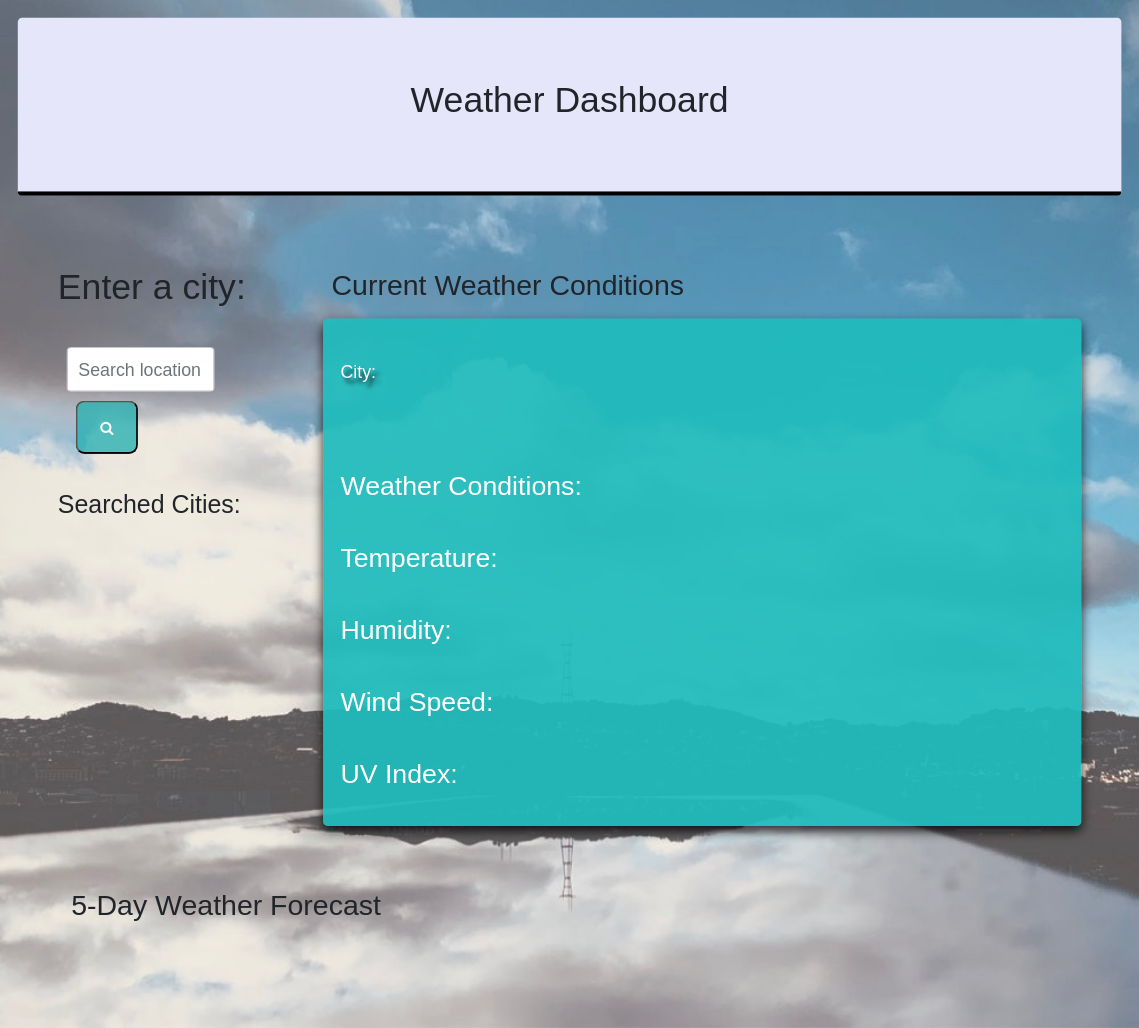
Repository: nsc9605/WeatherDashboard_API
Page: index.html
An editor plug-in stored every save of this project. The page is shown before and after the next save, followed by the edit.
The browser window is 1280 px wide. The pictures show the whole page, at 89% of full size.
Backgrounds fixed to the window are drawn as part of the page. Some web fonts or font styles are not loaded; a fallback is used. Some web libraries are served in a nearby version.

Above is the page before, as saved 2021-04-07 11:27:34.

After the next save:
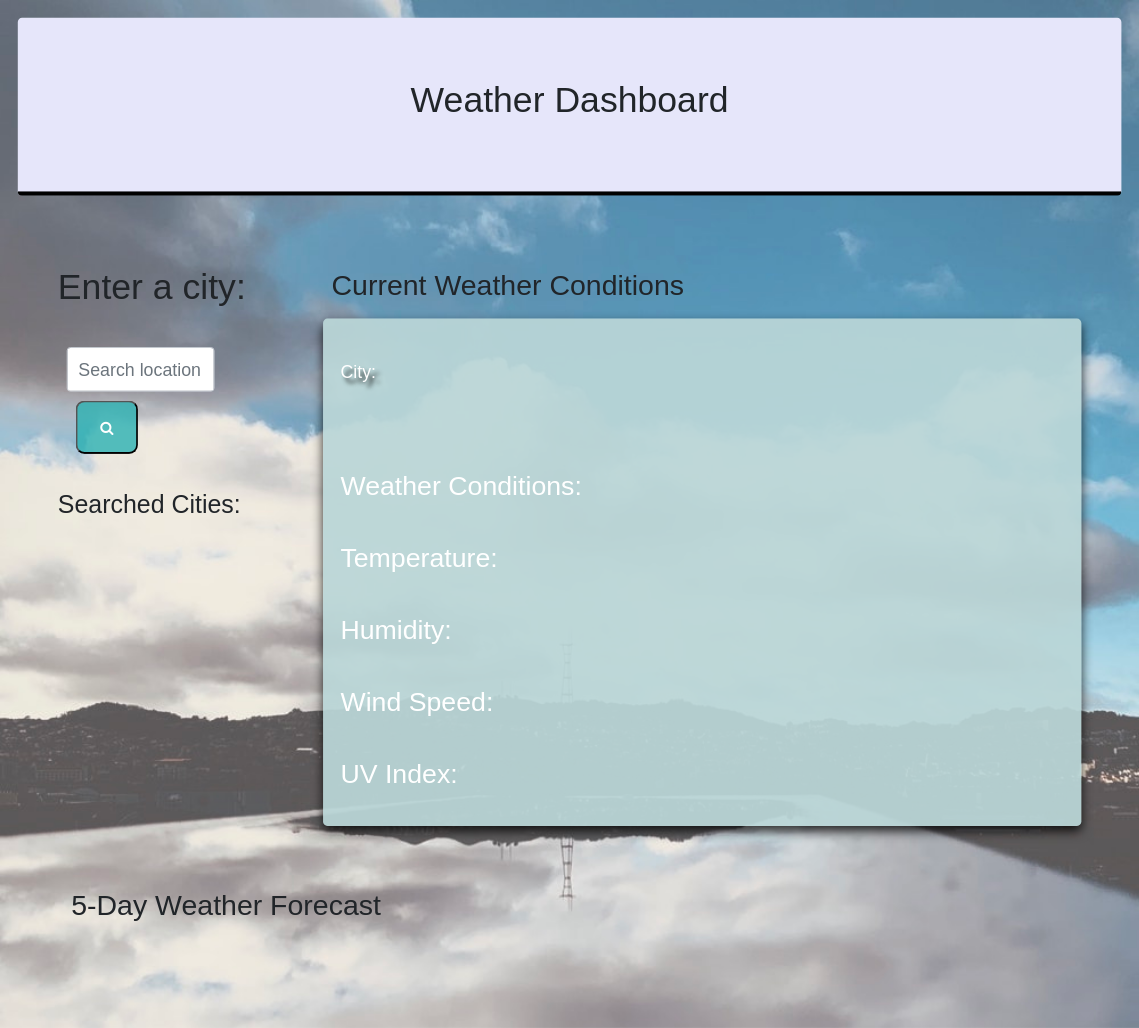
Saved 93 s later.
--- a/assets/style.css
+++ b/assets/style.css
@@ -129,7 +129,7 @@ h5 {
     min-width: 40vh;
     width: 100%;
     align-items: center;
-    background-color: rgba(31, 187, 189, 0.927);
+    background-color: rgba(186, 214, 215, 0.927);
     color: white;
     border-radius: 5px;
     box-shadow: 0 6px 12px 0 rgba(0, 0, 0, 0.831);
